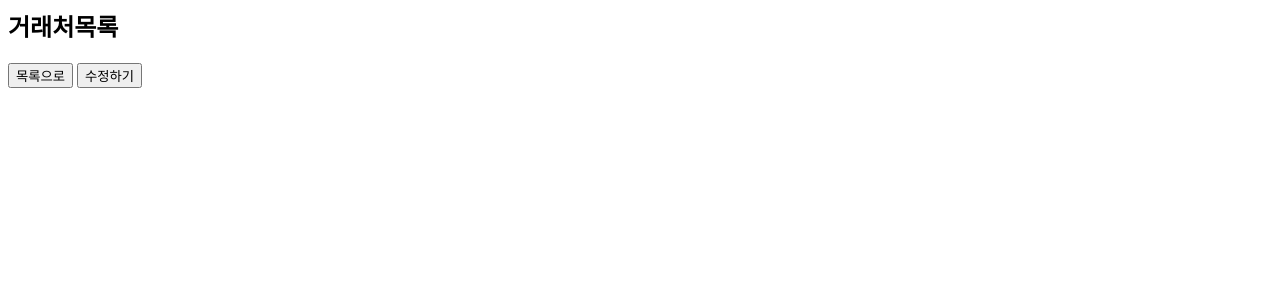
Repository: 2022-kh-final-mothlymoon/moon-back
Page: http://localhost/sellermoon/store/read.jsp
The author's editor kept a copy of each file at every save. The page is drawn from the files as they stood at one save, then again after the next save.
The browser window is 1280 px wide. The pictures show the whole page.
The page is served by Tomcat 9.

Above is the page before, as saved 2022-10-23 14:26:18.

After the next save:
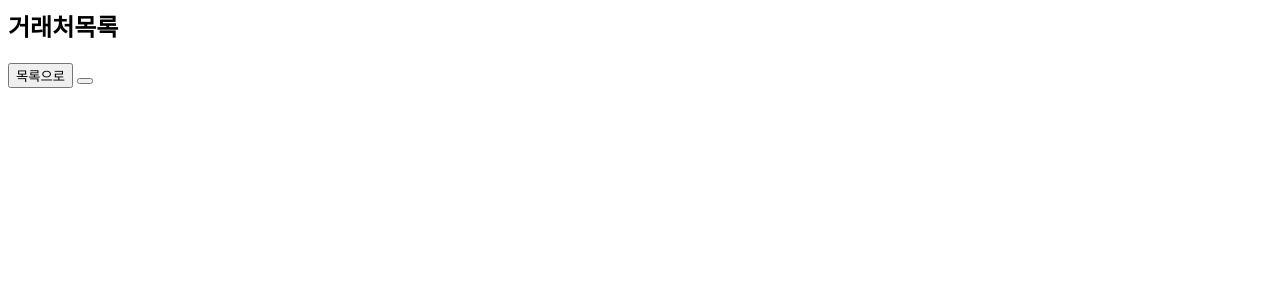
Saved 34 s later.
--- a/sellermoon/src/main/webapp/store/read.jsp
+++ b/sellermoon/src/main/webapp/store/read.jsp
@@ -59,7 +59,7 @@
         </form>
 
         <input type="button" id="list" value="목록으로">
-        <input type="submit" id="edit" value="수정하기">
+        <button type="submit" id="edit" value="수정하기"/>
        <!--  <input type="button" id="delete" value="삭제하기"> -->
 
 </body>

After the save that followed:
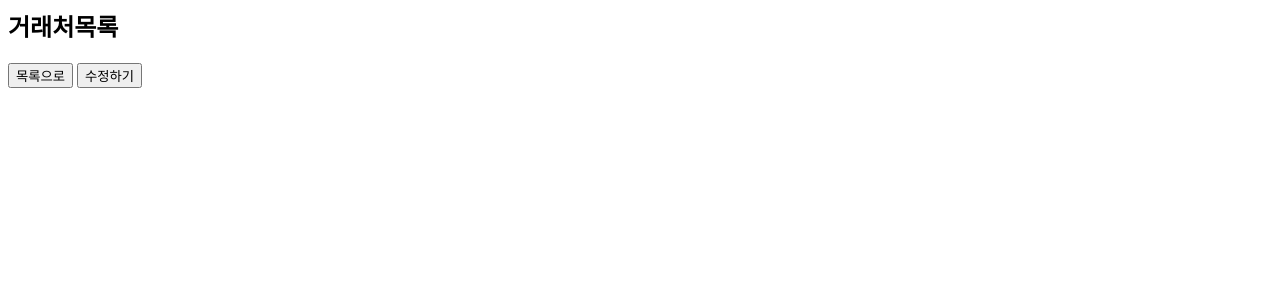
Saved 20 s later.
--- a/sellermoon/src/main/webapp/store/read.jsp
+++ b/sellermoon/src/main/webapp/store/read.jsp
@@ -59,7 +59,7 @@
         </form>
 
         <input type="button" id="list" value="목록으로">
-        <button type="submit" id="edit" value="수정하기"/>
+        <button type="submit" id="edit">수정하기</button>
        <!--  <input type="button" id="delete" value="삭제하기"> -->
 
 </body>
